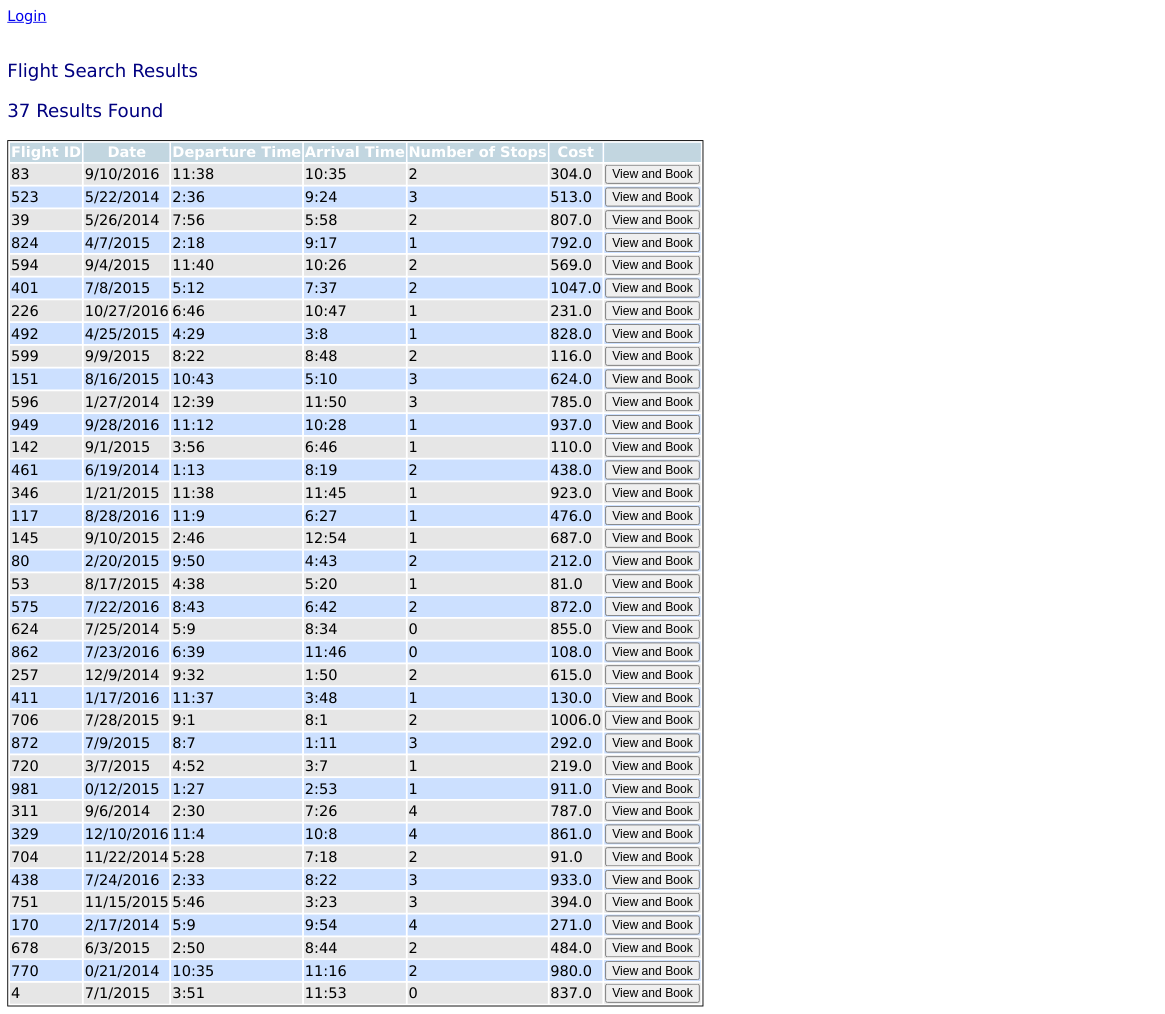
Repository: jliu9000/CSE-464---Flight-Pages
Page: http://localhost/HW1/FlightSearchResults.jsp
An editor plug-in stored every save of this project. The page is shown before and after the next save, followed by the edit.
The browser window is 1280 px wide. The pictures show the whole page, at 91% of full size.
The page is served by Tomcat 9.

Above is the page before, as saved 2014-09-21 08:47:17.

After the next save:
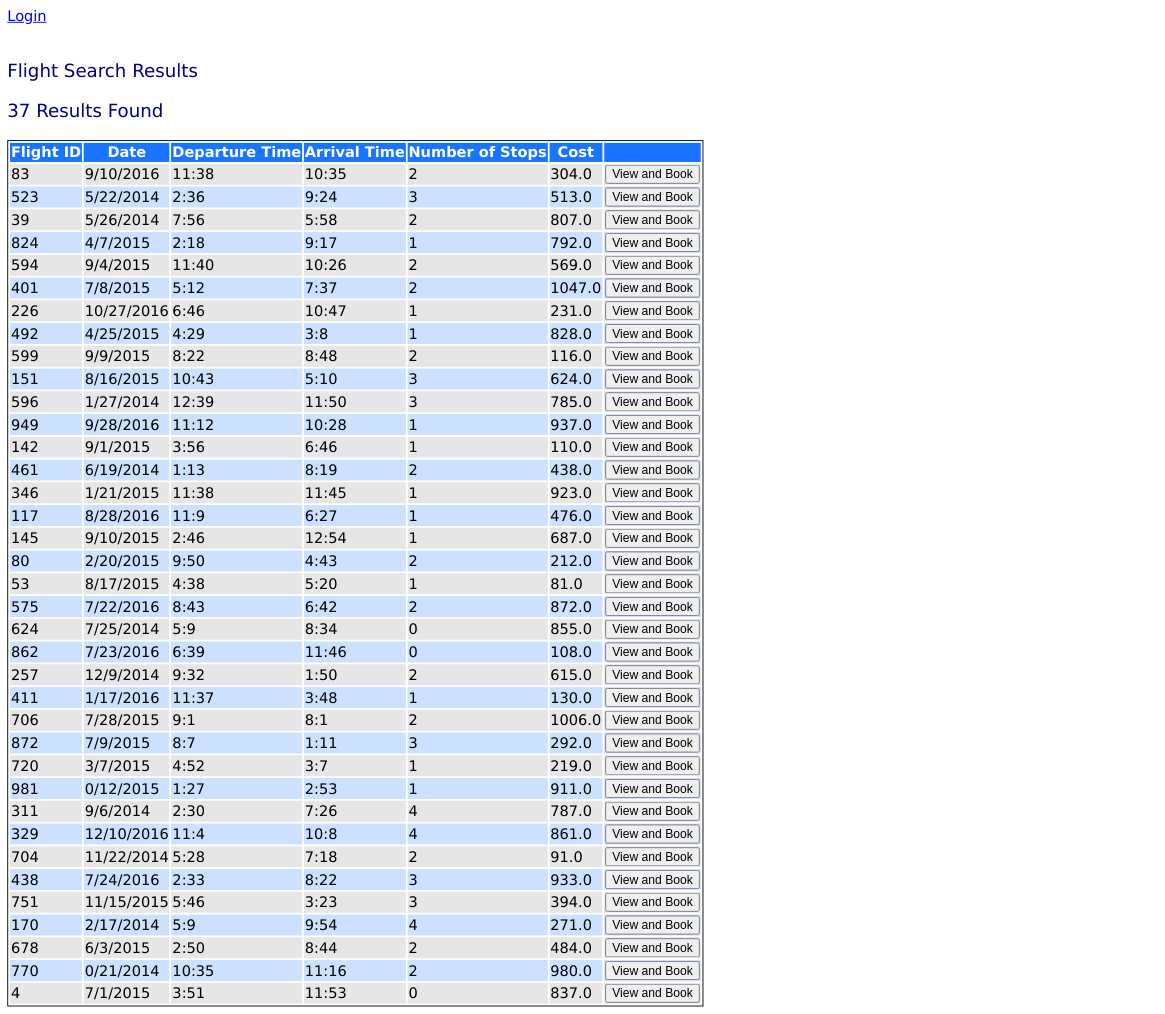
Saved 17 s later.
--- a/HW1/WebContent/FlightStyles.css
+++ b/HW1/WebContent/FlightStyles.css
@@ -19,7 +19,7 @@ table {
 }
 
 th {
-    background-color: #C2D6E0;
+    background-color: #1975FF;
     color: white;
 
 }
